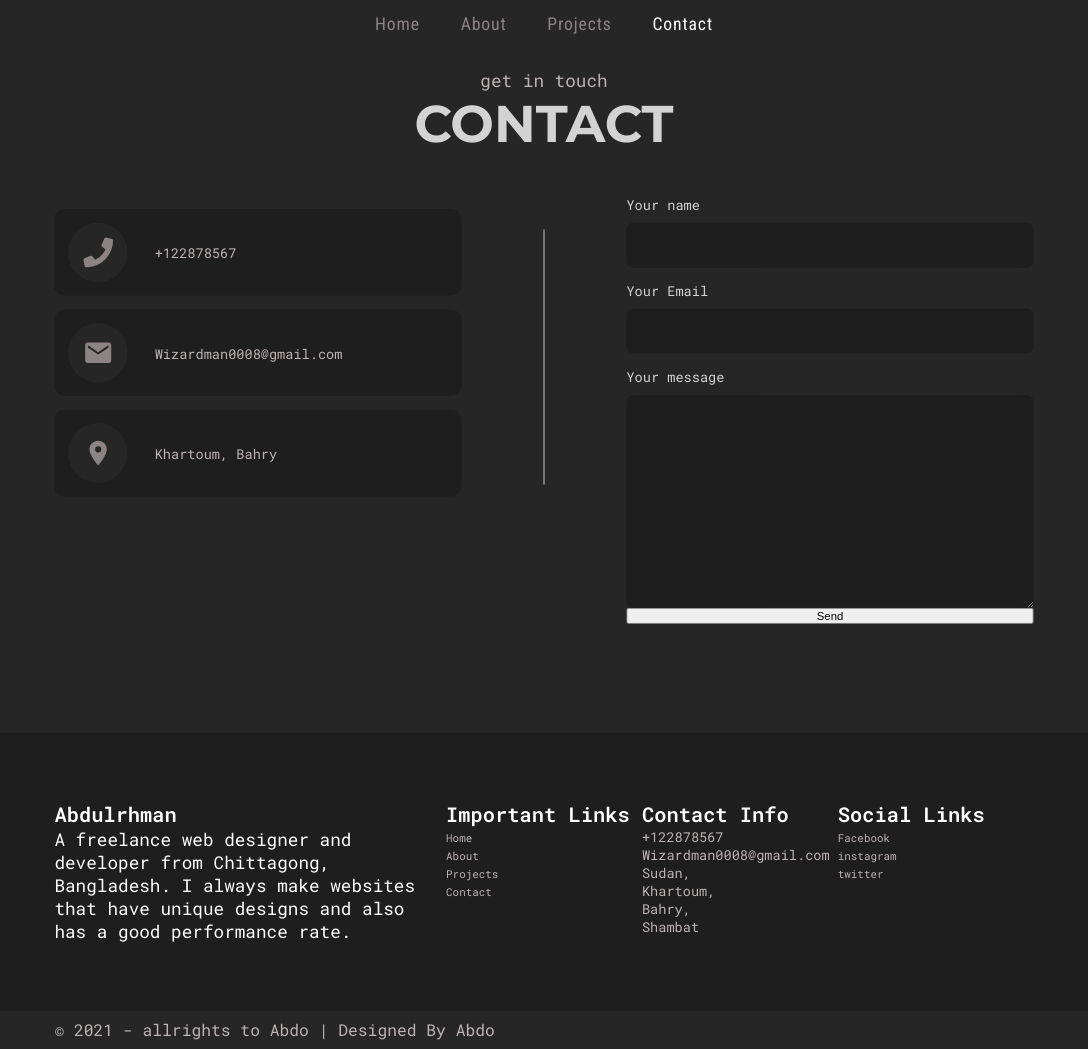
Repository: Abdoulrhman-altyeb/React-Typescript
Page: /contact
These files come from the project's save history. The page is drawn as it stood at one moment and after a run of saves; the edit follows.
The browser window is 1280 px wide. The pictures show the whole page, at 85% of full size.
The project was rebuilt for these pictures with package versions that can differ from the ones it lists, and the page was loaded fresh each time. Also part of the build but not shown: src/components/ContactButton.tsx, src/components/HeroSection.tsx, src/components/AboutSection.tsx, src/assits/data/Services.ts, src/components/ServiceItems.tsx, src/components/ServicesSection.tsx, src/components/ProjectsSection.tsx, src/Pages/Home.tsx and 2 more.

Above is the page before, as saved 2021-05-20 18:01:06.

After the next 2 saves:
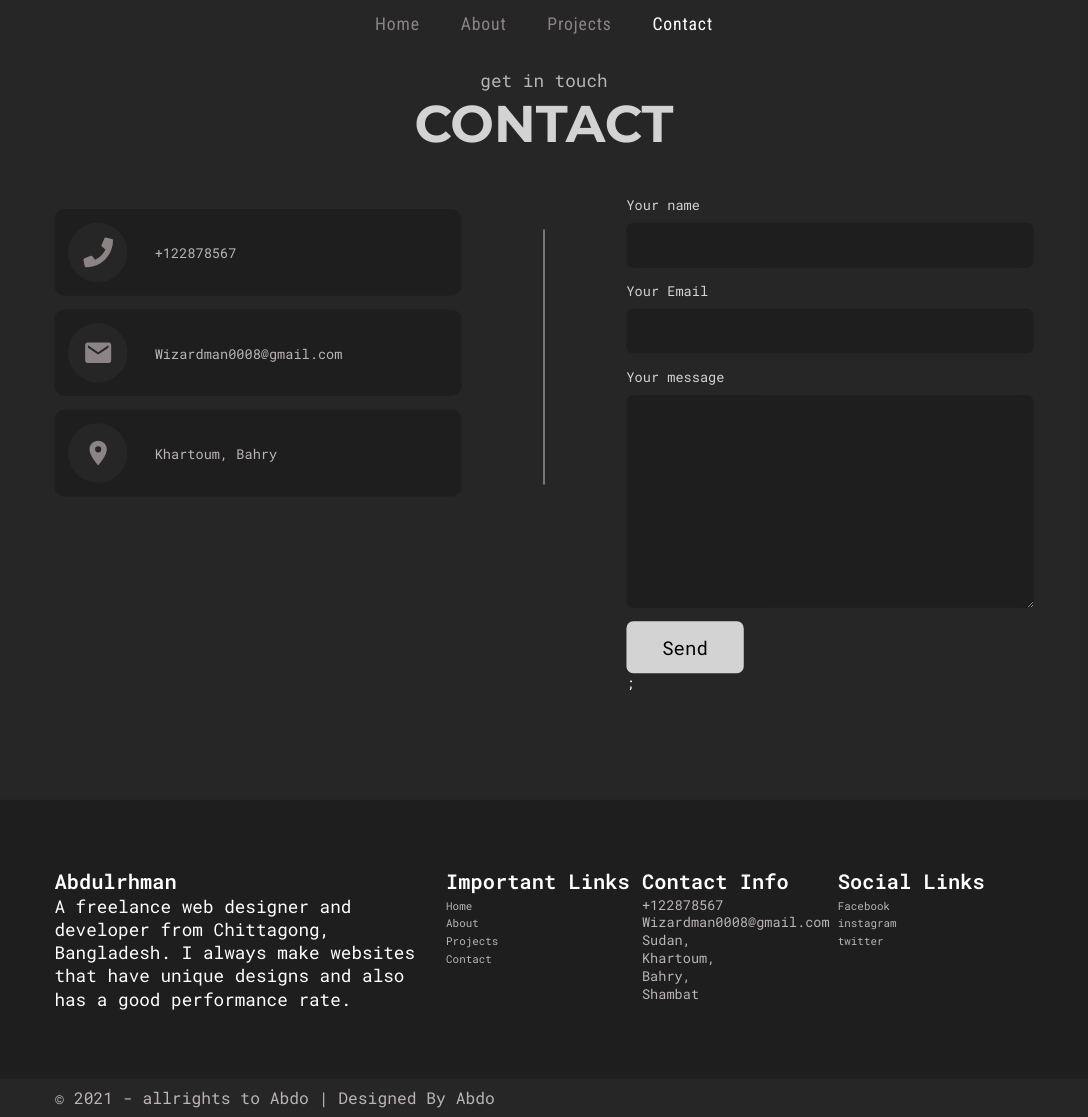
The 2 saves are shown as one change because 1 did not build or start.
The last was saved 45 s later.
--- a/src/components/ContactSecion.tsx
+++ b/src/components/ContactSecion.tsx
@@ -4,6 +4,7 @@ import SectionsTitle from './SectionsTitle';
 import { FaPhone } from 'react-icons/fa';
 import { IoMdMail } from 'react-icons/io';
 import {MdLocationOn} from 'react-icons/md'
+import Button from './Button';
 
 const ContactSection: React.FC = () => {
     return (
@@ -39,7 +40,7 @@ const ContactSection: React.FC = () => {
                         <input type="email" id="email" />
                         <label htmlFor="message">Your message</label>
                         <textarea id="message"></textarea>
-                        <button className='btn' type='submit'>Send</button>
+                        <Button btnLink='/'  outline={false} btnText='Send' />;
                     </form>
                 </div>
             </div>
